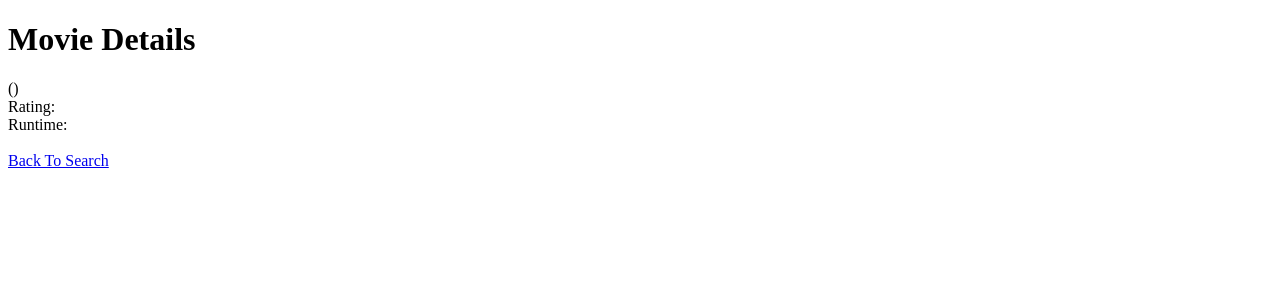
Repository: Bodily-Brad/CS313-Group-Java
Page: http://localhost/9.02/detail.jsp
The author's editor kept a copy of each file at every save. The page is drawn from the files as they stood at one save, then again after the next save.
The browser window is 1280 px wide. The pictures show the whole page.
The page is served by Tomcat 9. Other server files are loaded and not shown.

Above is the page before, as saved 2014-11-19 04:25:37.

### 9.02/WebContent/detail.jsp
<%@ page language="java" contentType="text/html; charset=ISO-8859-1"
    pageEncoding="ISO-8859-1"%>
<%@ taglib uri="http://java.sun.com/jsp/jstl/core" prefix="c" %>
<!DOCTYPE html PUBLIC "-//W3C//DTD HTML 4.01 Transitional//EN" "http://www.w3.org/TR/html4/loose.dtd">
<html>
<head>
<meta http-equiv="Content-Type" content="text/html; charset=ISO-8859-1">
<title>9.02 Movie Details</title>
</head>
<body>
	<h1>Movie Details</h1>
	<strong>${results.Title}</strong> (${results.Year})<br>
	Rating: ${results.Rated}<br>
	Runtime: ${results.Runtime }<br>
      	 <c:forEach items="${results}" var="line">
      		${line}<br/>
       	 </c:forEach>
     <br/><a href="search.jsp">Back To Search</a><br><br>
</body>
</html>

After the next save:
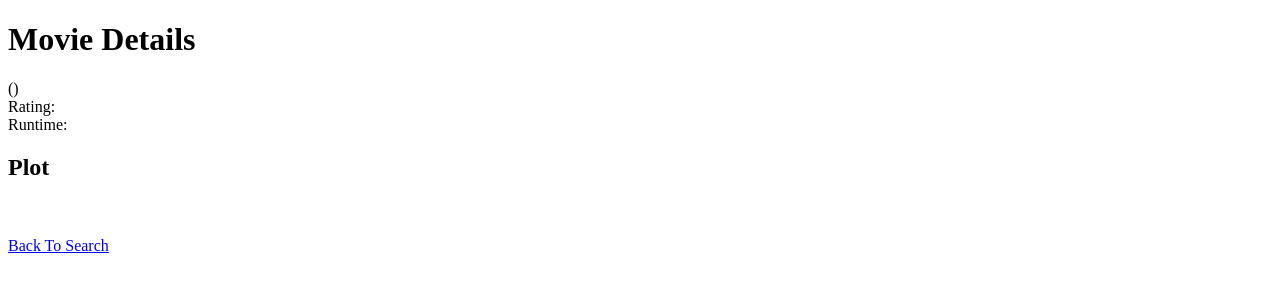
Saved 59 s later.
--- a/9.02/WebContent/detail.jsp
+++ b/9.02/WebContent/detail.jsp
@@ -12,6 +12,8 @@
 	<strong>${results.Title}</strong> (${results.Year})<br>
 	Rating: ${results.Rated}<br>
 	Runtime: ${results.Runtime }<br>
+	<h2>Plot</h2>
+	${results.Plot }<br>
       	 <c:forEach items="${results}" var="line">
       		${line}<br/>
        	 </c:forEach>
